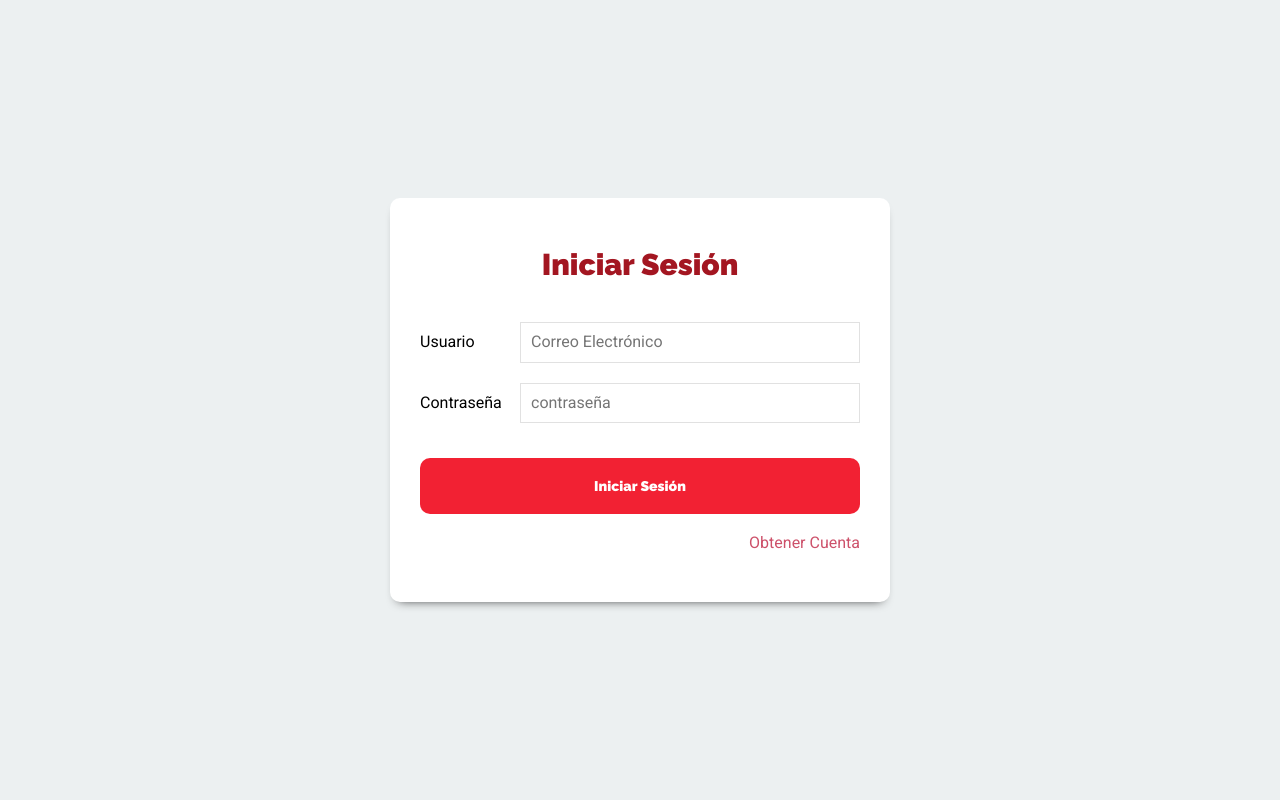
Repository: andrescovarrubias/admin-proyectos
Page: / (app in cliente/)
An editor plug-in stored every save of this project. The page is shown before and after the next save, followed by the edit.
The browser window is 1280 px wide. The pictures show the whole page.
The project was rebuilt for these pictures with package versions that can differ from the ones it lists, and the page was loaded fresh each time. Also part of the build but not shown: cliente/src/components/auth/NuevaCuenta.jsx, cliente/src/components/proyectos/NuevoProyecto.jsx, cliente/src/components/layout/SideBar.jsx, cliente/src/components/proyectos/Proyectos.jsx.

Above is the page before, as saved 2020-10-31 17:20:42.

### cliente/src/index.css
:root {
  --blanco: #ffffff;
  --blanco2: #fcf7ff;
  --blanco3: #ecf0f1;
  --azul1: #258ea6;
  --morado1: #4d376d;
  --morado2: #861657;
  --azul2: #1b065e;
  --azul3: #2e4052;
  --rojo: #f22133;
  --rojo2: #b8082c;
  --headingFont: "Raleway", sans-serif;
  --textFont: "Roboto", sans-serif;
}
*,
*:before,
*:after {
  box-sizing: inherit;
}
html {
  box-sizing: border-box;
  height: 100%;
  font-size: 62.5%;
}
body {
  min-height: 100%;
  background-color: #ecf0f1;
  font-size: 16px;
  font-size: 1.6rem;
  font-family: var(--textFont);
}

h1,
h2 {
  font-family: var(--headingFont);
  font-weight: 900;
  margin: 0 0 4rem 0;
  text-align: center;
  color: var(--rojo);
}
h1 span {
  font-weight: 400;
}
h1 {
  font-size: 3rem;
}
h2 {
  font-size: 2.4rem;
}
ul {
  list-style: none;
  padding: 0;
  margin: 0;
}
a {
  text-decoration: none;
  color: var(--gris2);
}

/** BOTONES **/
.btn {
  margin-top: 2vh;
  font-family: var(--headingFont);
  padding: 20px;
  font-size: 14px;
  font-weight: bold;
  border-radius: 10px;
  border: none;
  transition: background-color 0.3s ease;
}
.btn:hover {
  cursor: pointer;
}
.btn-primario {
  background-color: var(--rojo);
  color: var(--blanco);
}
.btn-primario:hover {
  background: rgb(185, 26, 47);
}
.btn-secundario {
  background-color: var(--rojo2);
}
.btn-block {
  display: block;
  width: 100%;
}
.btn-submit:hover {
  background-color: rgb(185, 26, 47);
}
.btn-blank {
  margin: 0;
  padding: 0;
  display: block;
  background-color: transparent;
}

@media (min-width: 768px) {
  .contenedor-app {
    display: flex;
    min-height: 100vh;
  }

  aside {
    background-color: var(--blanco);
    flex: 0 0 300px;
  }
  .seccion-principal {
    flex: 1;
  }
}

/* BARRA LATERAL */
aside {
  padding: 3rem;
}

.formulario-nuevo-proyecto {
  margin-top: 6rem;
}
.formulario-nuevo-proyecto .input-text {
  border-bottom: 1px solid var(--gris2);
  border-radius: 0;
  background-color: var(--gris1);
}
.formulario-nuevo-proyecto .input-text::placeholder {
  color: var(--gris2);
}
.proyectos {
  margin-top: 5vh;
}
.listado-proyectos li {
  margin-bottom: 2rem;
}
.listado-proyectos li a {
  font-size: 1.4rem;
  color: var(--gris2);
  line-height: 1.5;
  font-weight: 300;
}
.app-header {
  display: flex;
  justify-content: space-between;
  background-color: var(--gris2);
  padding: 4rem;
}
.nombre-usuario {
  color: var(--blanco);
  font-size: 2.2rem;
  margin: 0;
}
.nombre-usuario span {
  font-weight: 900;
}
.nav-principal a {
  color: var(--blanco);
  text-decoration: none;
}
.nav-principal a:first-of-type {
  margin-right: 2rem;
}

/** Formulario crear y editar tareas **/
.formulario {
  background-color: var(--gris3);
  padding: 4rem;
}
.formulario form {
  max-width: 600px;
  margin: 0 auto;
}
.contenedor-input {
  display: flex;
}
.contenedor-input label {
  margin-bottom: 1rem;
  color: var(--blanco);
}
.input-text {
  padding: 1rem;
  border: none;
  border-radius: 0.5rem;
  flex: 1;
  width: 100%;
}

/** TAREAS LISTADO **/
.contenedor-tareas {
  padding: 4rem;
}

.listado-tareas {
  max-width: 600px;
  margin: 0 auto;
}

.tarea {
  display: flex;
  justify-content: space-between;
  background-color: var(--blanco);
  padding: 0.5rem 2rem;
  align-items: center;
  margin-bottom: 1rem;
  border-radius: 0.5rem;
}
.sombra {
  -webkit-box-shadow: 0px 4px 10px -3px rgba(117, 117, 117, 1);
  -moz-box-shadow: 0px 4px 10px -3px rgba(117, 117, 117, 1);
  box-shadow: 0px 4px 10px -3px rgba(117, 117, 117, 1);
}
.sombra-dark {
  -webkit-box-shadow: 0px 6px 11px -8px rgba(0, 0, 0, 0.9);
  -moz-box-shadow: 0px 6px 11px -8px rgba(0, 0, 0, 0.9);
  box-shadow: 0px 6px 11px -8px rgba(0, 0, 0, 0.9);
}
.tarea .acciones .btn:first-of-type {
  margin-right: 1rem;
}
.tarea p {
  font-size: 1.6rem;
  flex: 1;
  padding-right: 2rem;
}
.tarea .btn {
  padding: 0.8rem;
  font-size: 1.4rem;
  border-radius: 0;
  margin: 0;
}

.estado {
  margin-right: 1rem;
}
.estado button,
.mensaje {
  font-weight: 900;
  font-family: var(--textFont);
  font-size: 1rem;
  padding: 0.5rem;
  border-radius: 0.5rem;
  cursor: pointer;
  border: none;
}
.mensaje {
  text-align: center;
  font-size: 1.6rem;
  border-radius: 0;
}
.mensaje:hover {
  cursor: default;
}
.completo,
.correcto {
  background-color: rgba(154, 252, 154, 0.3);
  color: var(--gris3);
}
.incompleto {
  background-color: rgba(255, 178, 178, 0.4);
  color: var(--gris3);
}
.error {
  max-width: 600px;
  margin: 2rem auto 0 auto;
  background-color: rgb(170, 0, 0);
  color: var(--blanco);
}

.tarea-enter,
.proyecto-enter {
  opacity: 0;
}
.tarea-enter-active,
.proyecto-enter-active {
  opacity: 1;
  transition: opacity 200ms;
}
.tarea-exit,
.proyecto-exit {
  opacity: 1;
}
.tarea-exit-active,
.proyecto-exit-active {
  opacity: 0;
  transition: opacity 200ms;
}

.form-usuario {
  height: 100vh;
  min-height: 800px;
  display: flex;
  align-items: center;
  justify-content: center;
}

.contenedor-form {
  padding: 5rem 3rem;
  max-width: 500px;
  width: 95%;
  background-color: var(--blanco);
  border-radius: 1rem;
}
.contenedor-form h1 {
  color: #a31621;
}

.campo-form {
  display: flex;
  margin-bottom: 2rem;
  align-items: center;
}
.campo-form:last-of-type {
  margin: 0;
}
.campo-form label {
  flex: 0 0 100px;
  font-family: var(--textFont);
}
.campo-form input[type="password"],
.campo-form input[type="email"],
.campo-form input[type="text"] {
  border: 1px solid #e1e1e1;
  padding: 1rem;
  flex: 1;
}

.enlace-cuenta {
  margin-top: 2rem;
  display: block;
  opacity: 0.7;
  float: right;
  color: var(--rojo2);
}
.enlace-cuenta:hover {
  text-decoration: underline var(--rojo);
}

.alerta {
  position: fixed;
  top: 0;
  left: 0;
  padding: 1rem 3rem;
  border-radius: 1rem;
  font-family: var(--headingFont);
  font-weight: 600;
  text-transform: uppercase;
  font-size: 2.2rem;
  text-align: center;
  width: 100%;
}
@media (min-width: 768px) {
  .alerta {
    width: auto;
    top: 30px;
    right: 10px;
    left: auto;
  }
}

.alerta-ok {
  background-color: rgb(109, 211, 109);
  color: rgb(2, 103, 2);
}
.alerta-error {
  background-color: rgb(230, 78, 78);
  color: var(--blanco);
}

### cliente/src/App.js
import React, {Fragment, useState, useEffect, useContext} from 'react';
import Login from './components/auth/Login';
import NuevaCuenta from './components/auth/NuevaCuenta';
import Proyectos from './components/proyectos/Proyectos';

import {BrowserRouter as Router, Switch, Route} from 'react-router-dom';


function App() {
  return (
    <Router>
      <Switch>
        <Route exact path='/' component = {Login} />
        <Route exact path='/nueva-cuenta' component = {NuevaCuenta} />
        <Route exact path='/proyectos' component = {Proyectos} />
      </Switch>
    </Router>
  );
}

export default App;

### cliente/src/components/auth/Login.jsx
import React, { useState } from 'react';
import {Link} from 'react-router-dom';


const Login = () => {

     // state para iniciar sesion
     const [usuario, guardarUsuario] = useState ({
          email:'',
          password:''
     });

     // extraer el usuario
     const {email, password} = usuario;

     const onChange = e => {
          guardarUsuario({
               ...usuario,
               [e.target.name] : e.target.value
          })
     }


     // cuando el usuario quiere iniciar sesion
     const onSubmit = e => {
          e.preventDefault();

          // validar que no haya campos vacios

          // contraseña minimo de 6 caracteres

          // contraseña iguales

          // pasarlo al action

     }

     return (
          <div className="form-usuario">
               <div className="contenedor-form sombra-dark">
                    <h1>Iniciar Sesión</h1>
                    <form
                         onSubmit = {onSubmit}
                    >
                         <div className="campo-form">
                              <label htmlFor="email">Usuario</label>
                              <input
                                   type="email"
                                   id="email"
                                   name="email"
                                   placeholder="Correo Electrónico"
                                   autocomplete="off"
                                   required
                                   value={email}
                                   onChange={onChange}
                              />
                         </div>
                         <div className="campo-form">
                              <label htmlFor="password">Contraseña</label>
                              <input
                                   type="password"
                                   id="password"
                                   name="password"
                                   placeholder="contraseña"
                                   autocomplete="off"
                                   value={password}
                                   required
                                   onChange={onChange}
                              />
                         </div>

                         <div className="campo-form">
                              <input type="submit" className=" btn btn-primario btn-block" value="Iniciar Sesión"/>
                         </div>
                    </form>
                    <Link to={'/nueva-cuenta'} className="enlace-cuenta">
                         Obtener Cuenta
                    </Link>
               </div>
          </div>
      );
}

export default Login;

Loaded but not shown: cliente/public/index.html (common file); cliente/src/index.js (common file); cliente/src/reportWebVitals.js (common file)

After the next save:
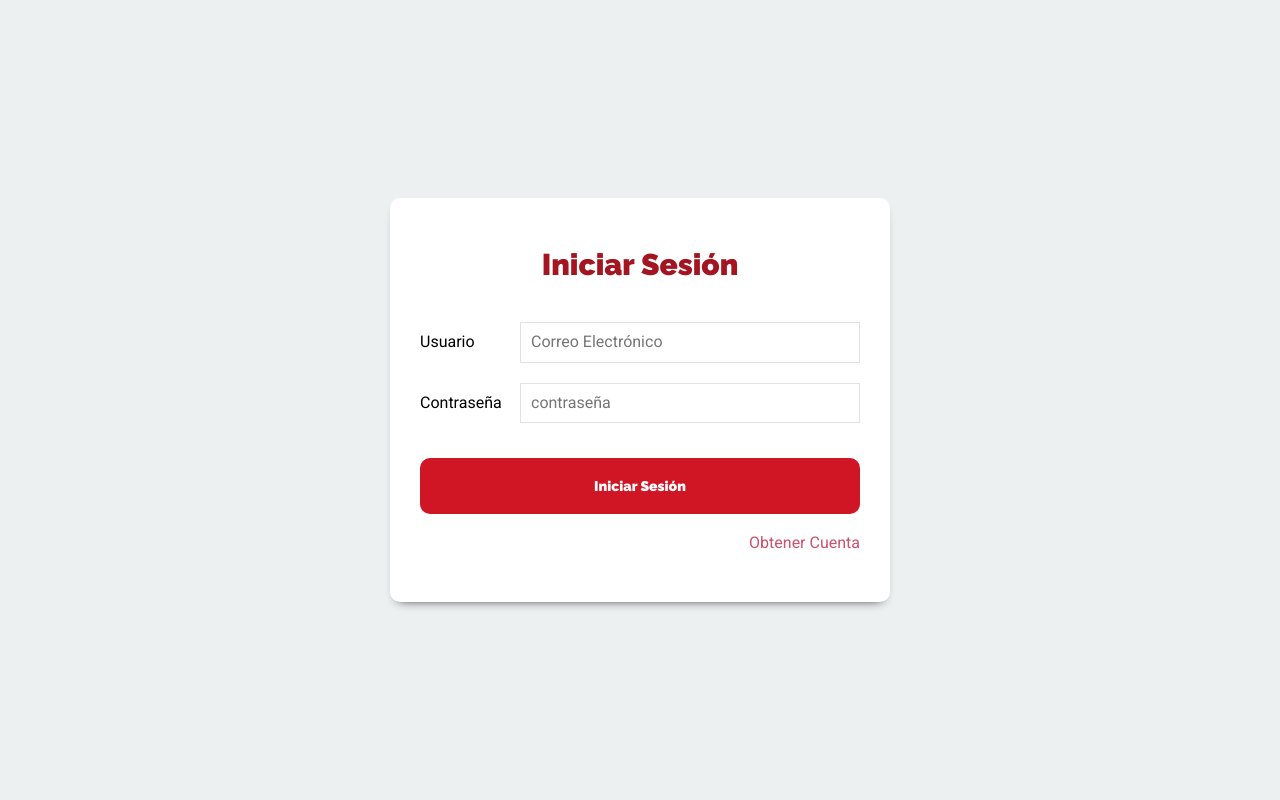
Saved 9 s later.
--- a/cliente/src/index.css
+++ b/cliente/src/index.css
@@ -7,7 +7,7 @@
   --morado2: #861657;
   --azul2: #1b065e;
   --azul3: #2e4052;
-  --rojo: #f22133;
+  --rojo: #d01625;
   --rojo2: #b8082c;
   --headingFont: "Raleway", sans-serif;
   --textFont: "Roboto", sans-serif;
